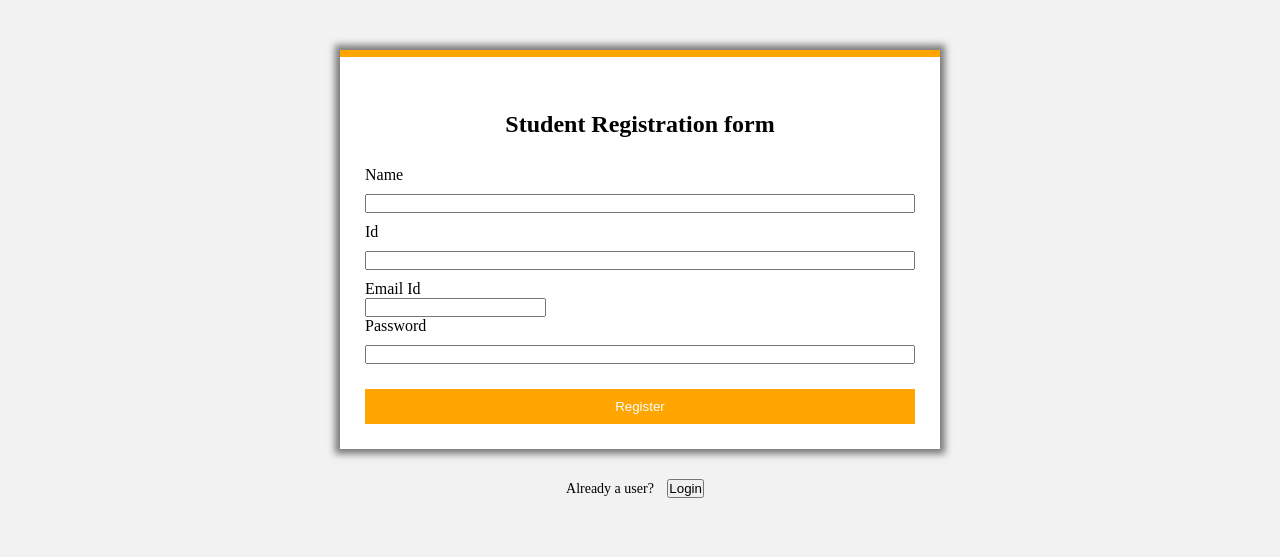
Repository: Sameer-0/workspace
Page: http://localhost/StudentCrud/views/index.jsp
An editor plug-in stored every save of this project. The page is shown before and after the next save, followed by the edit.
The browser window is 1280 px wide. The pictures show the whole page.
The page is served by Tomcat 9. Other server files are loaded and not shown.

Above is the page before, as saved 2022-07-12 08:13:51.

### StudentCrud/src/main/webapp/views/index.jsp
<%@ page language="java" contentType="text/html; charset=ISO-8859-1"
    pageEncoding="ISO-8859-1"%>
<!DOCTYPE html>
<html>
<head>
<meta charset="ISO-8859-1">
<title>Insert title here</title>
<link rel="stylesheet" href="/views/style.css" />
</head>
<body>

<div class="container">
		<h2>Student Registration form</h2>
		<div class="form-container">
			<form  id="myform" action="details">
<!--  onsubmit="validateForm(event)" -->
				<label for="name">Name</label> <span id="name-message"
					class="error"></span> <input type="text" class="name"
					name="name" id="name"><br>

					<label for="id">Id</label><span id="id-message"
					class="error"></span> <input type="text" class="name"
					name="id" id="id"><br>

					<label for="email">Email Id</label><span id="email-message" class="error"></span><br> <input type="text"
					class="email" name="email" id="email"><br>

					<label for="password">Password</label><span id="password-message" class="error"></span><br>
					<input type="text" class="password" name="password" id="password"><br>

					<input type="submit"  id="button" class="button" value="Register">

			</form>
		</div>
	</div>
		<div id="btn-div">
		Already a user?
				<a href="login.html" id="a-tag">
					<button  id="login-btn" type="button">Login</button>
				</a>
			</div>

	<script src="index.js"></script>
</body>
</html>

### StudentCrud/src/main/webapp/views/style.css
* {
	margin: 0;
	padding: 0;
	box-sizing: border-box;
}

body {
	font-size: 14px;
	background: #f2f2f2;
}

.container {
	background: white;
	width: 600px;
	padding: 25px;
	margin: 50px auto 0;
	border-top: 7px solid orange;
	box-shadow: 0 0 7px 5px rgba(0, 0, 0, 0.5);
}

.container h2 {
	font-size: 24px;
	line-height: 24px;
	padding: 30px;
	text-align: center;
}

.place, .username, .name, .mail, .password {
	width: 100%;
	position: relative;
	margin: 10px auto;
}

.button {
	color : white;
	background: orange;
	height: 35px;
	line-height: 35px;
	width: 100%;
	outline: none;
	border: none;
	cursor: pointer;
	margin-top: 15px;
}

label {
	font-size: 16px
}

.button:hover {
	background: rgb(255, 128, 64);
}

#btn-div {
	text-align: center;
	margin: 30px;
}

#a-tag {
	margin: 10px;
}


.error {
  color: red;
  font-size: small;
  margin-left: 20px;
}

Loaded but not shown: StudentCrud/src/main/webapp/views/index.js (no copy from this time; the picture is the same without it)

After the next save:
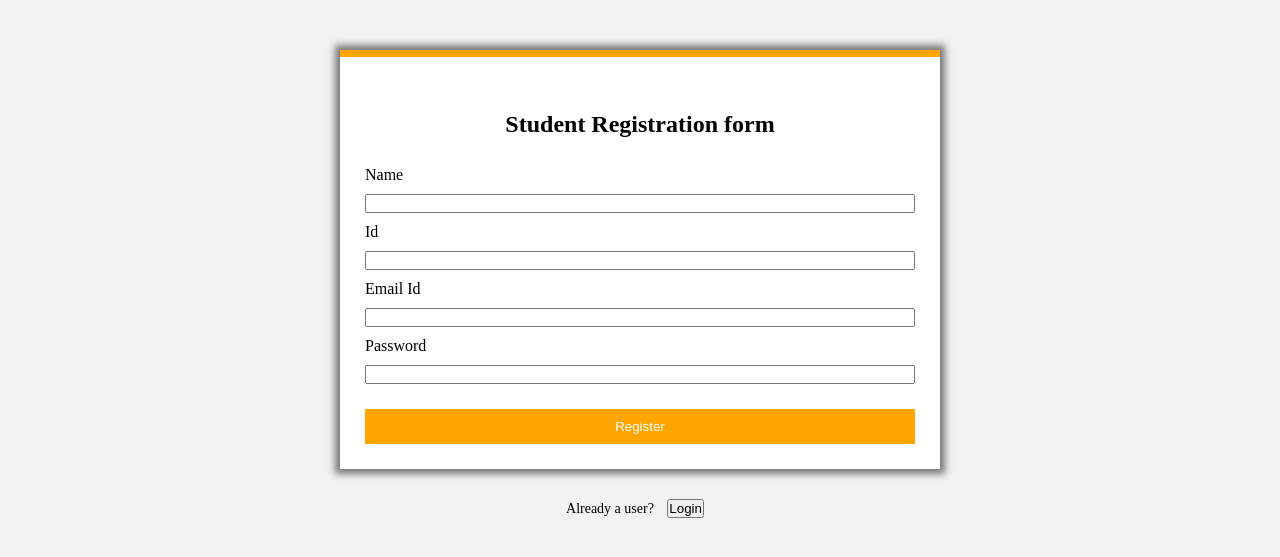
Saved 117 s later.
--- a/StudentCrud/src/main/webapp/views/style.css
+++ b/StudentCrud/src/main/webapp/views/style.css
@@ -25,7 +25,7 @@ body {
 	text-align: center;
 }
 
-.place, .username, .name, .mail, .password {
+.name,.id, .email, .password {
 	width: 100%;
 	position: relative;
 	margin: 10px auto;
